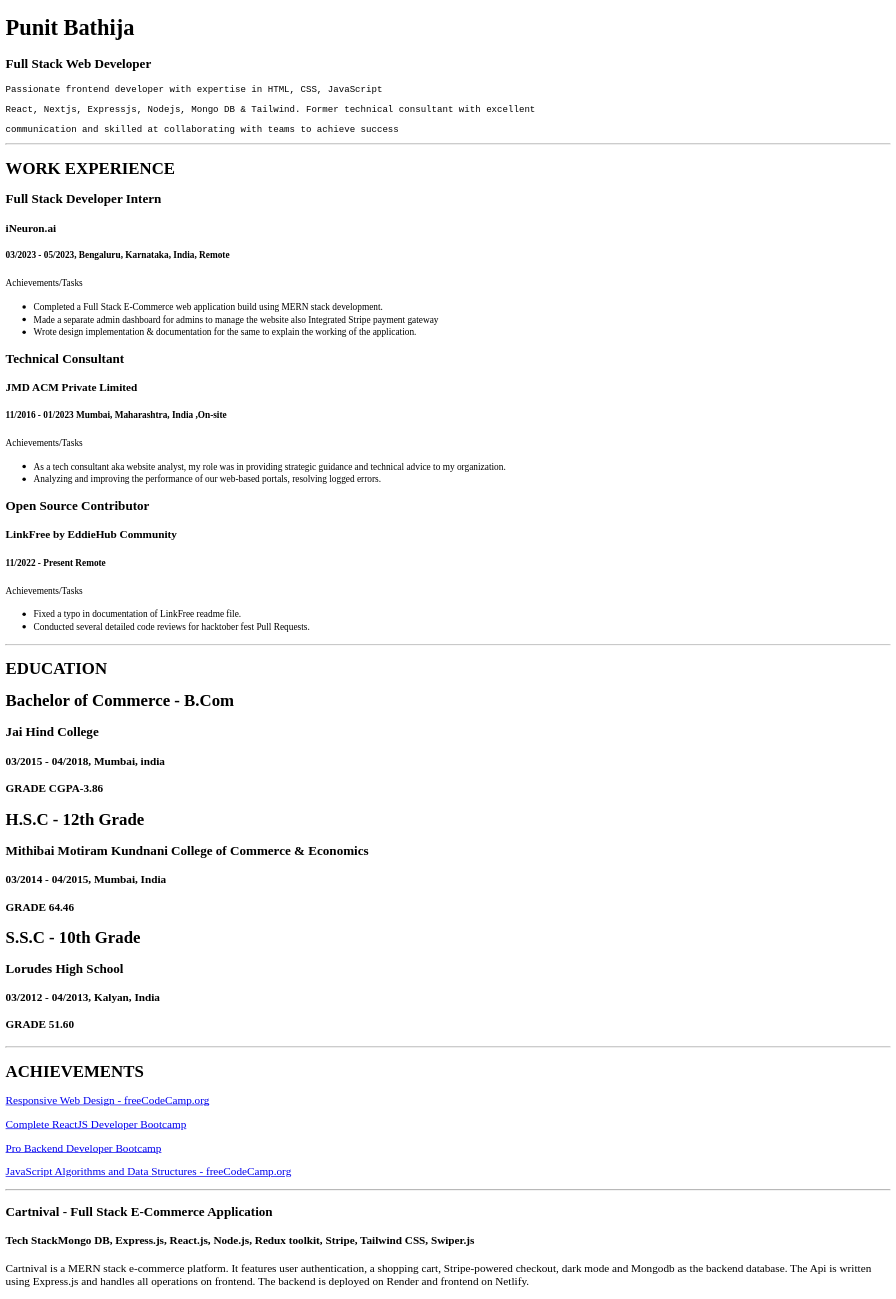
Repository: punitbathija/Placement-Assitance-iNeuron
Page: index.html
An editor plug-in stored every save of this project. The page is shown before and after the next save, followed by the edit.
The browser window is 1280 px wide. The pictures show the whole page, at 70% of full size.

Above is the page before, as saved 2023-05-18 12:42:12.

After the next save:
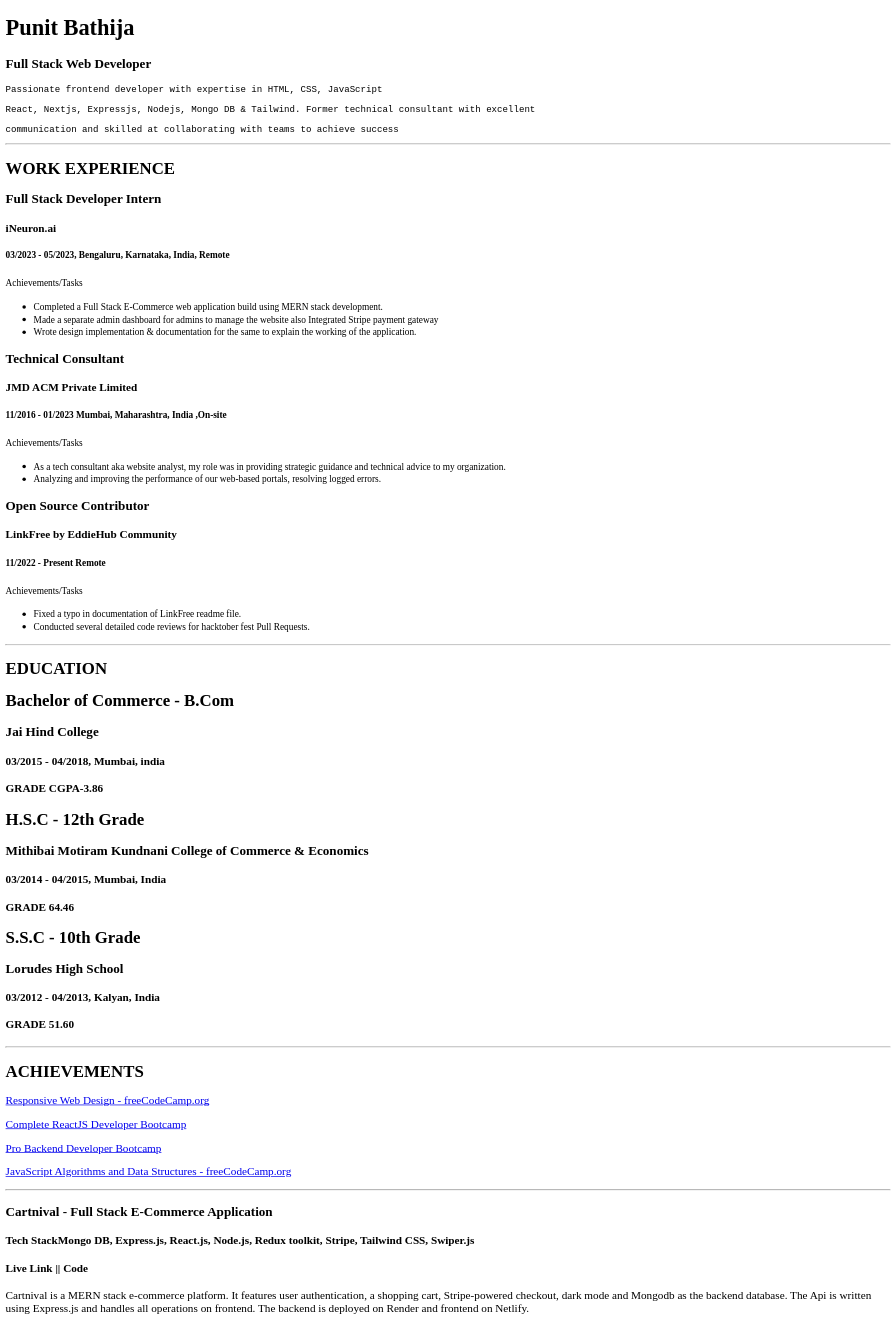
Saved 36 s later.
--- a/index.html
+++ b/index.html
@@ -148,7 +148,7 @@ communication and skilled at collaborating with teams to achieve success</pre
           <b>Tech Stack</b>Mongo DB, Express.js, React.js, Node.js, Redux
           toolkit, Stripe, Tailwind CSS, Swiper.js
         </h4>
-        <h4></h4>
+        <h4><a>Live Link</a> || <a>Code</a></h4>
         <p>
           Cartnival is a MERN stack e-commerce platform. It features user
           authentication, a shopping cart, Stripe-powered checkout, dark mode
